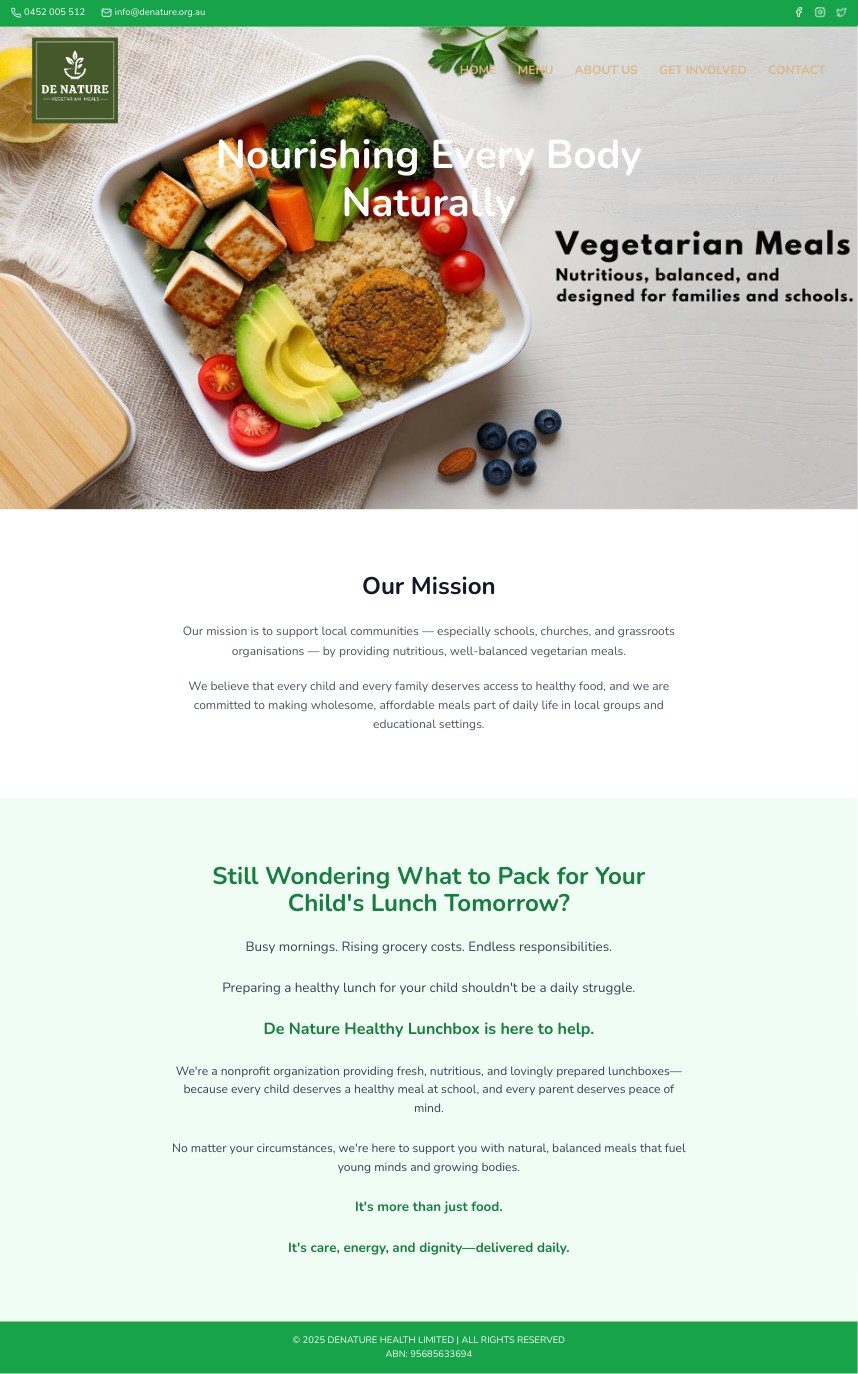
Repository: sunnyyan01/denature-website
Page: /
An editor plug-in stored every save of this project. The page is shown before and after the next save, followed by the edit.
The browser window is 1280 px wide. The pictures show the whole page, at 67% of full size.
The project was rebuilt for these pictures with package versions that can differ from the ones it lists, and the page was loaded fresh each time. The framework's server and built-in components were replaced by stand-ins that run in the browser. Also part of the build but not shown: next.config.js.

Above is the page before, as saved 2025-05-12 22:04:10.

### src/app/layout.tsx
import type { Metadata } from "next";
import { Inter, Poppins } from "next/font/google";
import "./globals.css";
import Navbar from "@/components/Navbar";
import Footer from "@/components/Footer";
import { Phone, Mail, Facebook, Instagram, Twitter } from "lucide-react";

const inter = Inter({
  subsets: ["latin"],
  variable: '--font-inter',
});

const poppins = Poppins({
  weight: ['400', '500', '600', '700'],
  subsets: ['latin'],
  variable: '--font-poppins',
});

export const metadata: Metadata = {
  title: "DE NATURE - Sydney Lunch Program",
  description: "Providing nutritious meals to children in need across Sydney",
  verification: {
    google: "OqLlSQNFE1spUS93SXK13pK8N_CO4S7m2l7H1rPvJmY",
  },
  icons: {
    icon: '/favicon.ico',
    shortcut: '/favicon.ico',
  },
};

export default function RootLayout({
  children,
}: {
  children: React.ReactNode;
}) {
  return (
    <html lang="en">
      <body className={`${inter.variable} ${poppins.variable} font-sans bg-background text-text`}>
        {/* Social Info Bar - Fixed at top */}
        <div className="fixed top-0 left-0 right-0 z-50 bg-green-600">
          <div className="container mx-auto px-4 py-2">
            <div className="flex items-center justify-between text-sm">
              <div className="flex items-center space-x-6">
                <a href="tel:0452005512" className="text-white hover:text-primaryLight transition-colors group relative">
                  <Phone className="w-4 h-4 inline-block mr-1" />
                  0452 005 512
                  <span className="absolute -bottom-6 left-0 bg-black/80 text-white text-xs px-2 py-1 rounded opacity-0 group-hover:opacity-100 transition-opacity whitespace-nowrap">
                    Call Us
                  </span>
                </a>
                <a href="mailto:info@denature.org.au?v=2" className="text-white hover:text-primaryLight transition-colors group relative">
                  <Mail className="w-4 h-4 inline-block mr-1" />
                  info@denature.org.au
                  <span className="absolute -bottom-6 left-0 bg-black/80 text-white text-xs px-2 py-1 rounded opacity-0 group-hover:opacity-100 transition-opacity whitespace-nowrap">
                    Email Us
                  </span>
                </a>
              </div>
              <div className="flex items-center space-x-4">
                <a href="#" className="text-white hover:text-primaryLight transition-colors group relative">
                  <Facebook className="w-4 h-4" />
                  <span className="absolute -bottom-6 left-0 bg-black/80 text-white text-xs px-2 py-1 rounded opacity-0 group-hover:opacity-100 transition-opacity whitespace-nowrap">
                    Facebook
                  </span>
                </a>
                <a href="#" className="text-white hover:text-primaryLight transition-colors group relative">
                  <Instagram className="w-4 h-4" />
                  <span className="absolute -bottom-6 left-0 bg-black/80 text-white text-xs px-2 py-1 rounded opacity-0 group-hover:opacity-100 transition-opacity whitespace-nowrap">
                    Instagram
                  </span>
                </a>
                <a href="#" className="text-white hover:text-primaryLight transition-colors group relative">
                  <Twitter className="w-4 h-4" />
                  <span className="absolute -bottom-6 left-0 bg-black/80 text-white text-xs px-2 py-1 rounded opacity-0 group-hover:opacity-100 transition-opacity whitespace-nowrap">
                    Twitter
                  </span>
                </a>
              </div>
            </div>
          </div>
        </div>

        {/* Navigation and Content */}
        <div className="relative">
          <Navbar />
          <main>
            {children}
          </main>
        </div>

        <Footer />
      </body>
    </html>
  );
}

### src/app/page.tsx
'use client';

import Link from "next/link";
import Image from "next/image";
import { Leaf, Scale, Recycle, Sprout } from "lucide-react";

const coreValues = [
  {
    title: 'Pure Ingredients',
    description: 'Premium natural ingredients, no additives',
    icon: '🌱',
  },
  {
    title: 'Balanced Nutrition',
    description: 'Scientifically balanced meals',
    icon: '🥗',
  },
  {
    title: 'Eco-Conscious',
    description: 'Sustainable practices, Earth-friendly',
    icon: '🌍',
  },
  {
    title: 'Growth Focus',
    description: 'Supporting healthy development',
    icon: '🌱',
  },
];

export default function Home() {
  return (
    <main>
      {/* Hero Section */}
      <section className="relative h-[100vh] w-full">
        <div className="absolute inset-0 bg-[url('/images/hero-bg.jpg')] bg-cover bg-center">
        </div>
        <div className="relative container mx-auto px-4 h-screen flex items-start pt-32">
          <div className="max-w-6xl mx-auto w-full pt-8">
            <h1 className="text-4xl md:text-6xl font-bold text-white mb-16 leading-[1.3] font-heading text-center">
              <div className="mb-1 md:mb-3">Nourishing Every Body</div>
              <div>Naturally</div>
            </h1>
          </div>
        </div>
      </section>

      {/* Mission Section */}
      <section className="py-24 bg-white">
        <div className="max-w-4xl mx-auto px-4 sm:px-6 lg:px-8">
          <div className="max-w-3xl mx-auto text-center">
            <h2 className="text-3xl md:text-4xl font-bold text-gray-900 mb-8 font-heading">Our Mission</h2>
            <div className="space-y-6 text-lg text-gray-600 leading-relaxed">
              <p>
                Our mission is to support local communities — especially schools, churches, and grassroots organisations — by providing nutritious, well-balanced vegetarian meals.
              </p>
              <p>
                We believe that every child and every family deserves access to healthy food, and we are committed to making wholesome, affordable meals part of daily life in local groups and educational settings.
              </p>
            </div>
          </div>
        </div>
      </section>

      {/* Lunchbox Support Section */}
      <section className="py-24 bg-green-50">
        <div className="container mx-auto px-4">
          <div className="max-w-3xl mx-auto">
            <h2 className="text-4xl font-bold text-green-700 mb-8 text-center">
              Still Wondering What to Pack for Your Child's Lunch Tomorrow?
            </h2>
            <div className="space-y-8 text-gray-700">
              <p className="text-center text-xl">
                Busy mornings. Rising grocery costs. Endless responsibilities.
              </p>
              <p className="text-center text-xl">
                Preparing a healthy lunch for your child shouldn't be a daily struggle.
              </p>
              <p className="text-center text-2xl font-bold text-green-700">
                De Nature Healthy Lunchbox is here to help.
              </p>
              <p className="text-center text-lg">
                We're a nonprofit organization providing fresh, nutritious, and lovingly prepared lunchboxes—because every child deserves a healthy meal at school, and every parent deserves peace of mind.
              </p>
              <p className="text-center text-lg">
                No matter your circumstances, we're here to support you with natural, balanced meals that fuel young minds and growing bodies.
              </p>
              <p className="text-center text-xl font-bold text-green-700">
                It's more than just food.
              </p>
              <p className="text-center text-xl font-bold text-green-700">
                It's care, energy, and dignity—delivered daily.
              </p>
            </div>
          </div>
        </div>
      </section>
    </main>
  );
}

### src/app/globals.css
@import url('https://fonts.googleapis.com/css2?family=Nunito:wght@300;400;500;600;700&display=swap');

@tailwind base;
@tailwind components;
@tailwind utilities;

:root {
  /* 主色调 */
  --color-primary: #4A7C59;      /* 深绿色 */
  --color-primary-light: #6B9B7D; /* 浅绿色 */
  --color-primary-lighter: #E8F3ED; /* 最浅绿色 */

  /* 中性色 */
  --color-neutral-50: #FAFAFA;
  --color-neutral-100: #F5F5F5;
  --color-neutral-200: #EEEEEE;
  --color-neutral-300: #E0E0E0;
  --color-neutral-400: #BDBDBD;
  --color-neutral-500: #9E9E9E;
  --color-neutral-600: #757575;
  --color-neutral-700: #616161;
  --color-neutral-800: #424242;
  --color-neutral-900: #212121;

  /* 强调色 */
  --color-accent: #F5B971;       /* 温暖的米色 */
  --color-accent-light: #F9D5A7; /* 浅米色 */

  /* 功能色 */
  --color-success: #4CAF50;
  --color-warning: #FFC107;
  --color-error: #F44336;

  /* 字体 */
  --font-primary: 'Nunito', sans-serif;

  /* 间距 */
  --spacing-xs: 0.25rem;   /* 4px */
  --spacing-sm: 0.5rem;    /* 8px */
  --spacing-md: 1rem;      /* 16px */
  --spacing-lg: 1.5rem;    /* 24px */
  --spacing-xl: 2rem;      /* 32px */
  --spacing-2xl: 3rem;     /* 48px */
  --spacing-3xl: 4rem;     /* 64px */

  /* 圆角 */
  --radius-sm: 0.25rem;    /* 4px */
  --radius-md: 0.5rem;     /* 8px */
  --radius-lg: 1rem;       /* 16px */
  --radius-full: 9999px;

  /* 阴影 */
  --shadow-sm: 0 1px 2px 0 rgb(0 0 0 / 0.05);
  --shadow-md: 0 4px 6px -1px rgb(0 0 0 / 0.1);
  --shadow-lg: 0 10px 15px -3px rgb(0 0 0 / 0.1);
}

@layer base {
  html {
    font-family: var(--font-primary);
    color: var(--color-neutral-900);
    background-color: var(--color-neutral-50);
  }

  h1, h2, h3, h4, h5, h6 {
    font-weight: 700;
    line-height: 1.2;
  }

  h1 {
    font-size: 2.5rem; /* 40px */
    @screen md {
      font-size: 3.5rem; /* 56px */
    }
  }

  h2 {
    font-size: 2rem; /* 32px */
    @screen md {
      font-size: 2.5rem; /* 40px */
    }
  }

  h3 {
    font-size: 1.5rem; /* 24px */
    @screen md {
      font-size: 2rem; /* 32px */
    }
  }

  p {
    line-height: 1.6;
  }
}

@layer components {
  .container {
    @apply max-w-7xl mx-auto px-4 sm:px-6 lg:px-8;
  }

  .btn {
    @apply inline-flex items-center justify-center px-6 py-3 rounded-lg font-semibold transition-colors duration-200;
  }

  .btn-primary {
    @apply bg-[var(--color-primary)] text-white hover:bg-[var(--color-primary-light)];
  }

  .btn-secondary {
    @apply bg-[var(--color-accent)] text-[var(--color-neutral-900)] hover:bg-[var(--color-accent-light)];
  }

  .btn-outline {
    @apply border-2 border-[var(--color-primary)] text-[var(--color-primary)] hover:bg-[var(--color-primary-lighter)];
  }

  .card {
    @apply bg-white rounded-lg shadow-md overflow-hidden;
  }

  .section {
    @apply py-16 md:py-24;
  }

  .section-title {
    @apply text-3xl md:text-4xl font-bold text-center mb-12;
  }

  .hero {
    @apply relative h-[80vh] md:h-screen flex items-center;
  }

  .hero-content {
    @apply relative z-10 text-center max-w-4xl mx-auto px-4;
  }

  .hero-image {
    @apply absolute inset-0 w-full h-full object-cover;
  }

  .hero-overlay {
    @apply absolute inset-0 bg-black/30;
  }
}

/* 自定义动画 */
@keyframes fadeIn {
  from {
    opacity: 0;
    transform: translateY(10px);
  }
  to {
    opacity: 1;
    transform: translateY(0);
  }
}

.animate-fade-in {
  animation: fadeIn 0.6s ease-out forwards;
}

/* 响应式图片容器 */
.image-container {
  @apply relative aspect-[4/3] md:aspect-[16/9] overflow-hidden rounded-lg;
}

.image-container img {
  @apply absolute inset-0 w-full h-full object-cover transition-transform duration-500;
}

.image-container:hover img {
  @apply scale-105;
}

/* 网格布局 */
.grid-auto-fit {
  @apply grid grid-cols-1 md:grid-cols-2 lg:grid-cols-3 gap-6 md:gap-8;
}

/* 文本样式 */
.text-gradient {
  @apply bg-clip-text text-transparent bg-gradient-to-r from-[var(--color-primary)] to-[var(--color-primary-light)];
}

.text-balance {
  text-wrap: balance;
}

/* 导航样式 */
.nav-link {
  @apply text-[var(--color-neutral-700)] hover:text-[var(--color-primary)] transition-colors duration-200;
}

.nav-link-active {
  @apply text-[var(--color-primary)] font-semibold;
}

/* 页脚样式 */
.footer {
  @apply bg-[var(--color-neutral-900)] text-white py-16;
}

.footer-title {
  @apply text-xl font-semibold mb-4;
}

.footer-link {
  @apply text-[var(--color-neutral-400)] hover:text-white transition-colors duration-200;
}

/* 表单样式 */
.form-input {
  @apply w-full px-4 py-2 rounded-lg border border-[var(--color-neutral-300)] focus:border-[var(--color-primary)] focus:ring-2 focus:ring-[var(--color-primary-lighter)] outline-none transition-colors duration-200;
}

.form-label {
  @apply block text-sm font-medium text-[var(--color-neutral-700)] mb-1;
}

/* 菜单卡片样式 */
.menu-card {
  @apply bg-white rounded-lg shadow-md overflow-hidden transition-transform duration-300 hover:shadow-lg hover:-translate-y-1;
}

.menu-card-image {
  @apply relative aspect-[4/3] w-full;
}

.menu-card-content {
  @apply p-6;
}

.menu-card-title {
  @apply text-xl font-semibold text-[var(--color-neutral-900)] mb-2;
}

.menu-card-description {
  @apply text-[var(--color-neutral-600)] text-sm;
}

/* 特色部分样式 */
.feature-grid {
  @apply grid grid-cols-1 md:grid-cols-2 lg:grid-cols-4 gap-8;
}

.feature-item {
  @apply text-center p-6;
}

.feature-icon {
  @apply w-16 h-16 mx-auto mb-4 text-[var(--color-primary)];
}

.feature-title {
  @apply text-lg font-semibold mb-2;
}

.feature-description {
  @apply text-[var(--color-neutral-600)];
}

### src/components/Footer.tsx
'use client';

export default function Footer() {
  const currentYear = new Date().getFullYear();

  return (
    <footer className="bg-green-600 text-white">
      <div className="border-t border-[#FFD700]/30 py-4">
        <div className="container mx-auto px-4">
          <div className="text-center text-sm text-white">
            <p>© 2025 DENATURE HEALTH LIMITED | ALL RIGHTS RESERVED</p>
            <p>ABN: 95685633694</p>
          </div>
        </div>
      </div>
    </footer>
  );
}

Loaded but not shown: tailwind.config.js (104 lines, source omitted); src/components/Navbar.tsx (232 lines, source omitted)

After the next save:
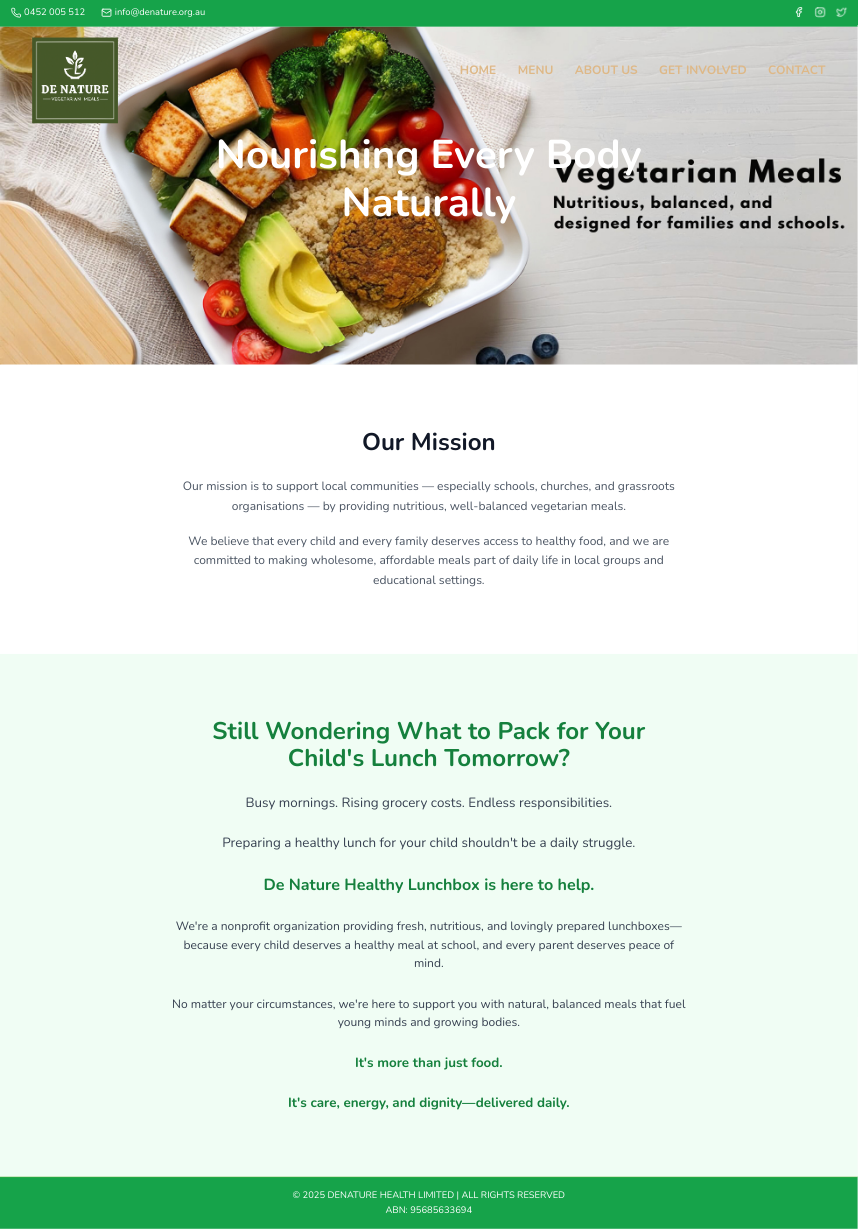
Saved 3 min 4 s later.
--- a/src/app/page.tsx
+++ b/src/app/page.tsx
@@ -31,7 +31,7 @@
   return (
     <main>
       {/* Hero Section */}
-      <section className="relative h-[100vh] w-full">
+      <section className="relative h-[70vh] w-full">
         <div className="absolute inset-0 bg-[url('/images/hero-bg.jpg')] bg-cover bg-center">
         </div>
         <div className="relative container mx-auto px-4 h-screen flex items-start pt-32">

After the save that followed:
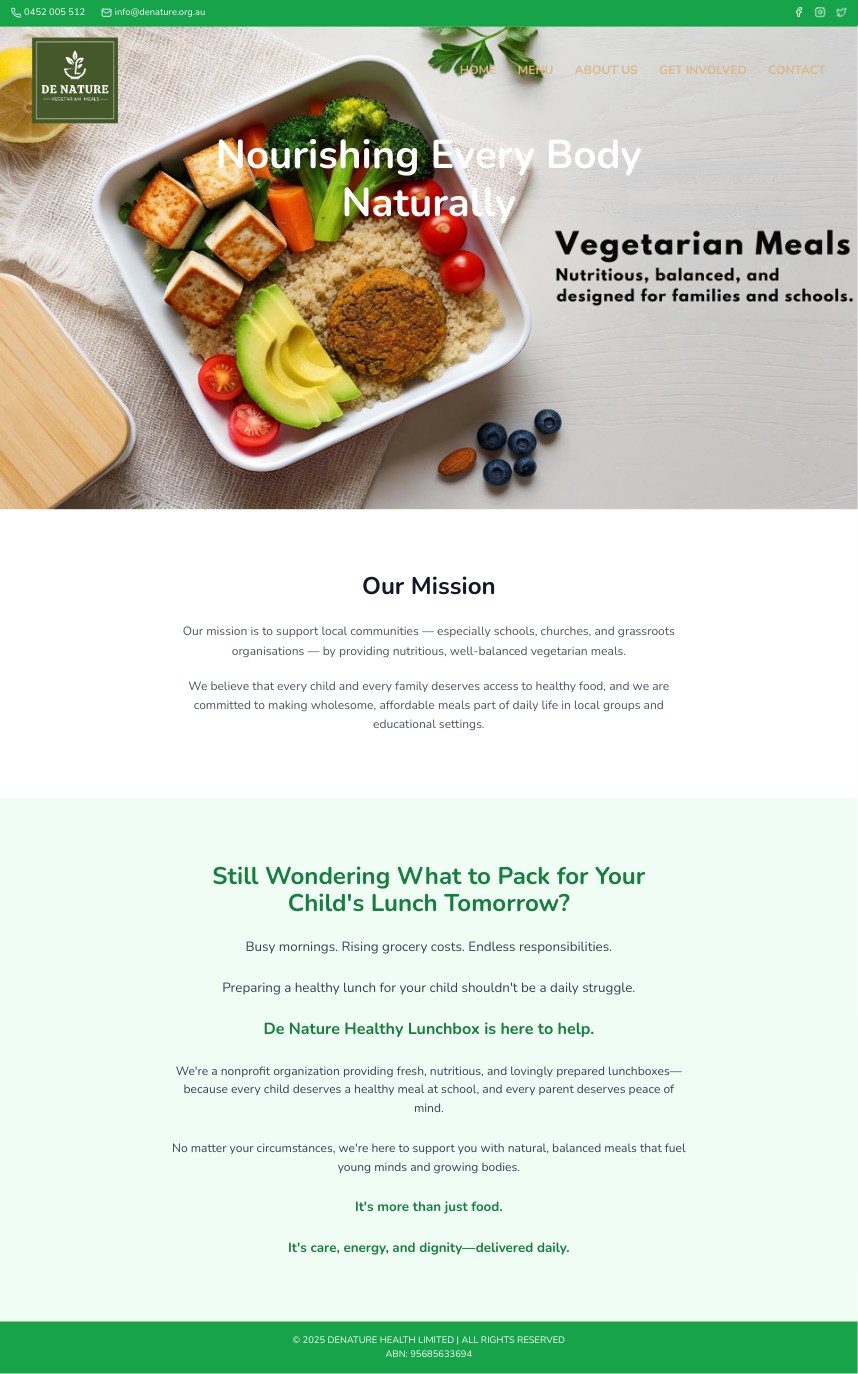
Saved 14 s later.
--- a/src/app/page.tsx
+++ b/src/app/page.tsx
@@ -31,7 +31,7 @@
   return (
     <main>
       {/* Hero Section */}
-      <section className="relative h-[70vh] w-full">
+      <section className="relative h-[100vh] w-full">
         <div className="absolute inset-0 bg-[url('/images/hero-bg.jpg')] bg-cover bg-center">
         </div>
         <div className="relative container mx-auto px-4 h-screen flex items-start pt-32">
